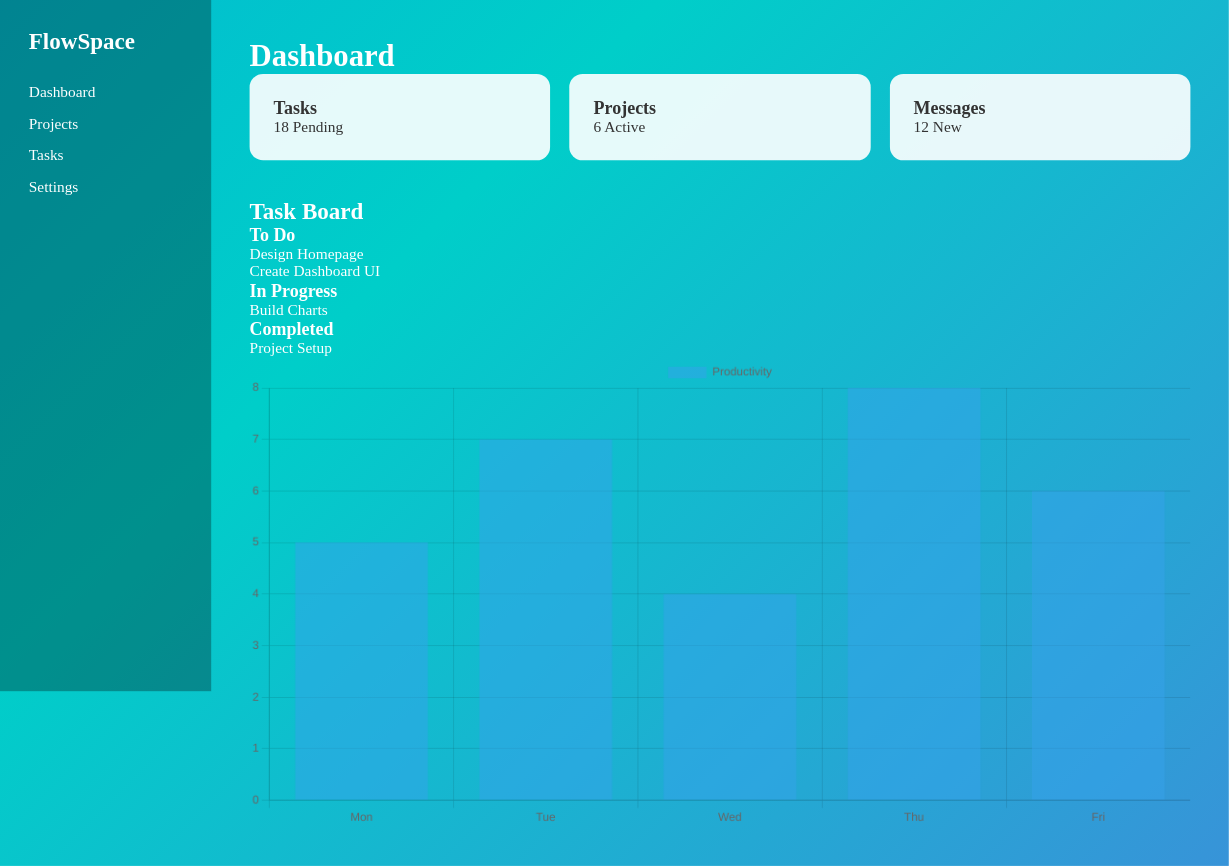
Repository: 07MADARA/flowspace-dashboard
Page: dashboard.html
These files come from the project's save history. The page is drawn as it stood at one moment and after the next save; the edit follows.
The browser window is 1280 px wide. The pictures show the whole page, at 96% of full size.

Above is the page before, as saved 2026-03-15 10:10:19.
Console error: TypeError: Cannot read properties of null (reading 'style')

After the next save:
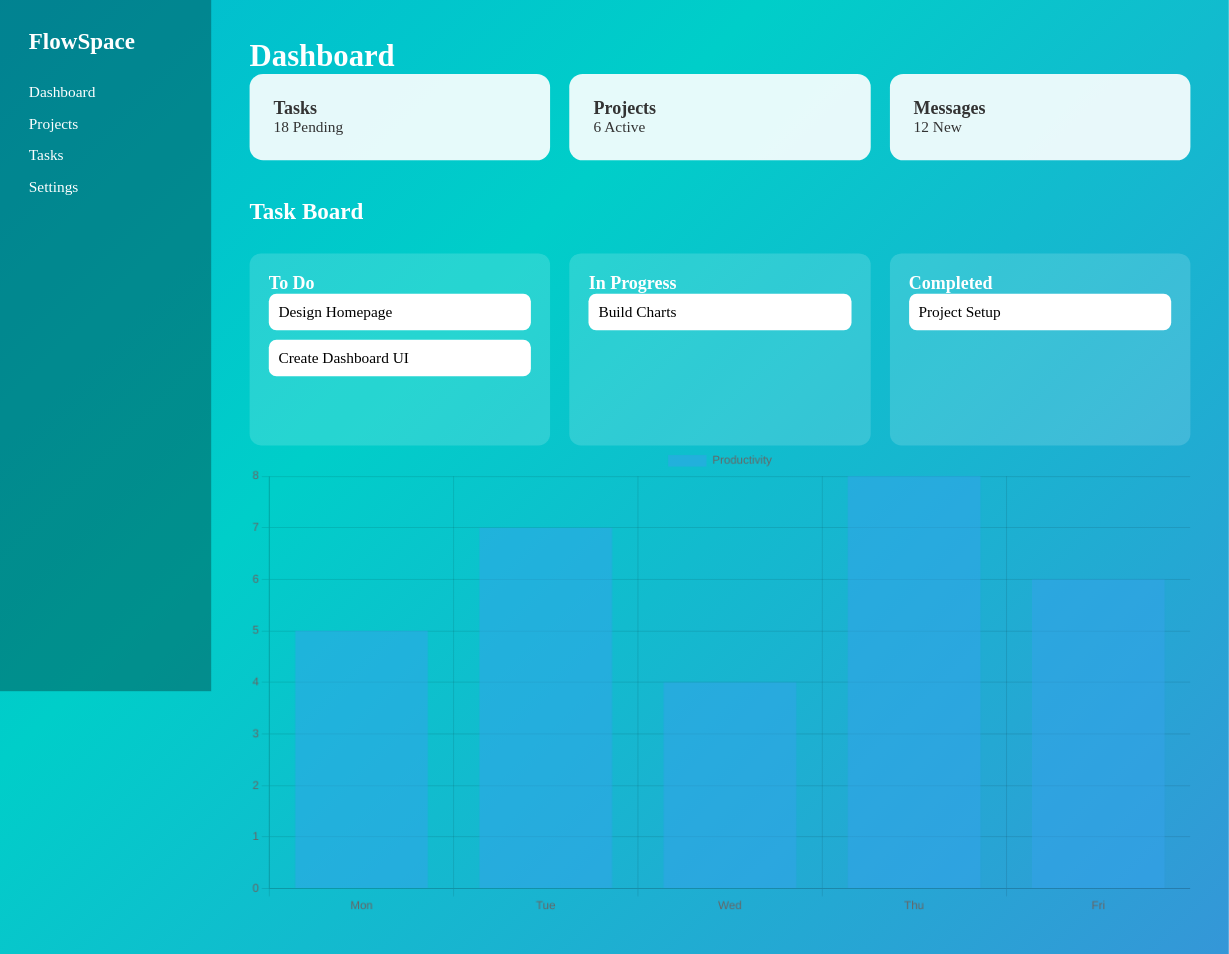
Saved 16 s later.
--- a/css/style.css
+++ b/css/style.css
@@ -283,3 +283,41 @@ z-index:999;
 font-size:24px;
 
 }
+
+.task-board{
+
+display:grid;
+grid-template-columns:repeat(3,1fr);
+gap:20px;
+
+margin-top:30px;
+
+}
+
+.column{
+
+background:rgba(255,255,255,0.15);
+
+padding:20px;
+
+border-radius:12px;
+
+min-height:200px;
+
+}
+
+.task{
+
+background:white;
+
+color:black;
+
+padding:10px;
+
+border-radius:8px;
+
+margin-bottom:10px;
+
+cursor:grab;
+
+}
